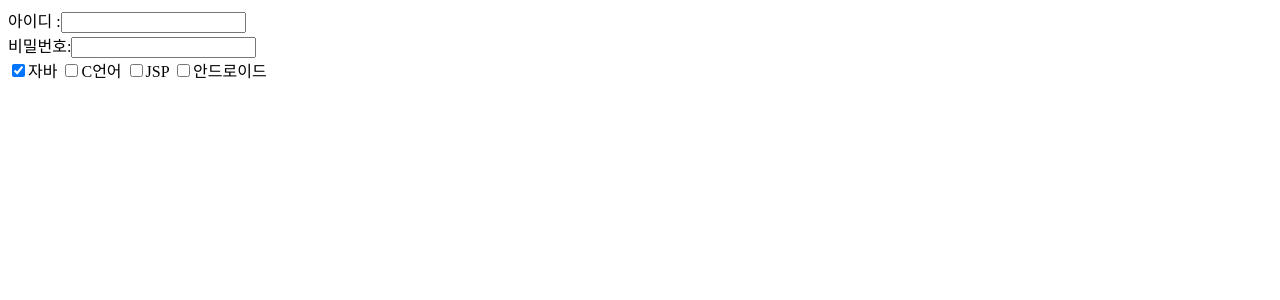
Repository: catdanah/java-web
Page: pro06/WebContent/input.html
An editor plug-in stored every save of this project. The page is shown before and after the next save, followed by the edit.
The browser window is 1280 px wide. The pictures show the whole page.

Above is the page before, as saved 2021-07-12 06:22:19.

After the next save:
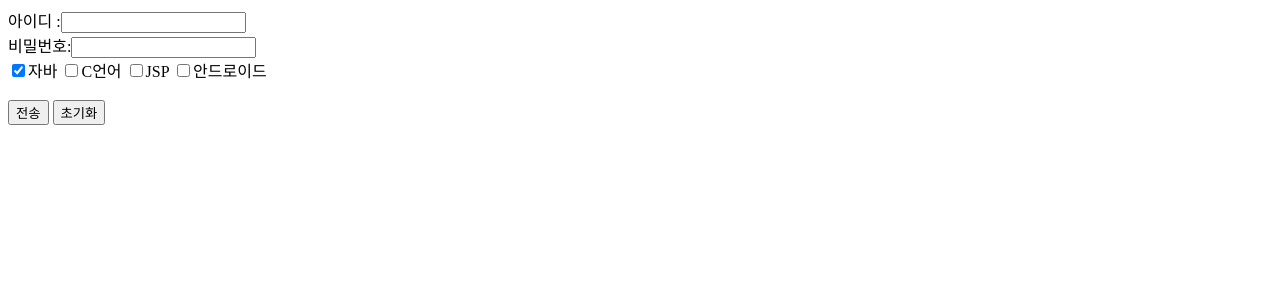
Saved 35 s later.
--- a/pro06/WebContent/input.html
+++ b/pro06/WebContent/input.html
@@ -12,6 +12,9 @@
 		<input type="checkbox" name="subject" value="C언어">C언어
 		<input type="checkbox" name="subject" value="JSP">JSP
 		<input type="checkbox" name="subject" value="안드로이드">안드로이드
+		<br><br>
+		<input type="submit" value="전송">
+		<input type="reset" value="초기화">
 	</form>
 </body>
 </html>
